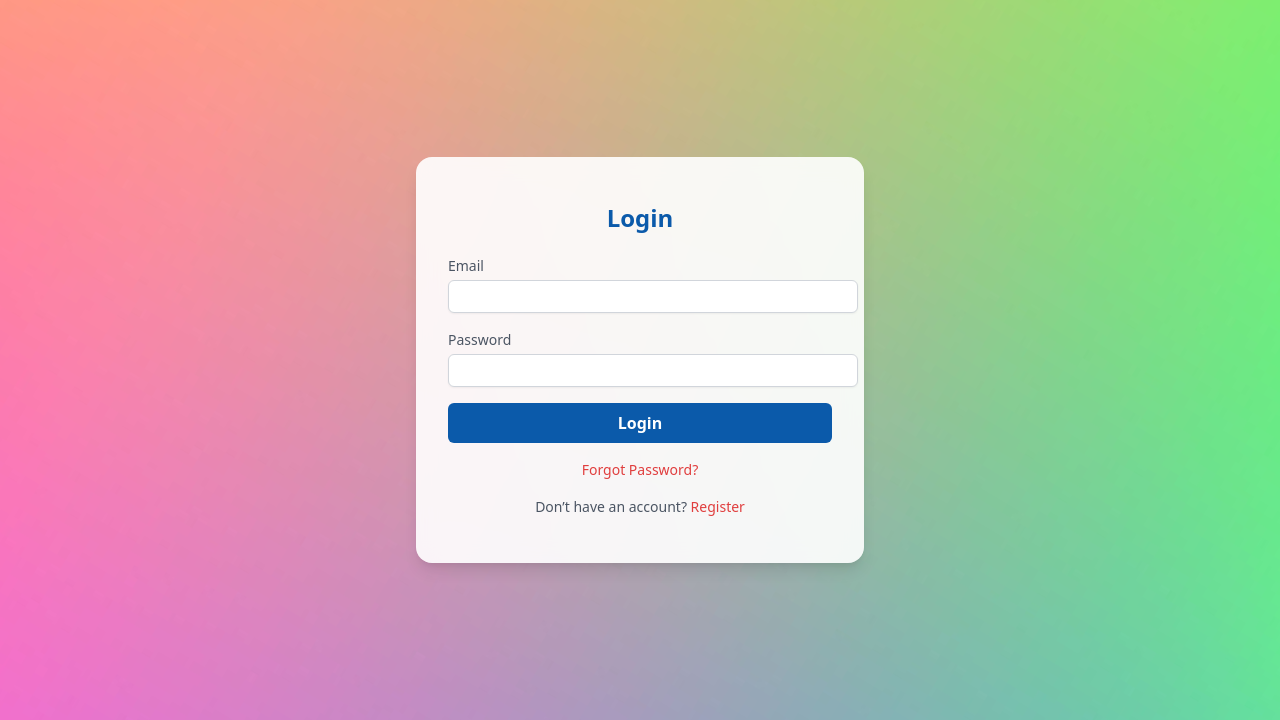
Repository: LoneHeroOne/SmartRecruit
Page: / (app in frontend/)
The author's editor kept a copy of each file at every save. The page is drawn from the files as they stood at one save, then again after the next save.
The browser window is 1280 px wide. The pictures show the whole page.
The project was rebuilt for these pictures with package versions that can differ from the ones it lists, and the page was loaded fresh each time. Also part of the build but not shown: frontend/vite.config.ts, frontend/src/Pages/Register.tsx, frontend/src/Pages/ForgotPassword.tsx.

Above is the page before, as saved 2025-09-30 19:22:45.

After the next save:
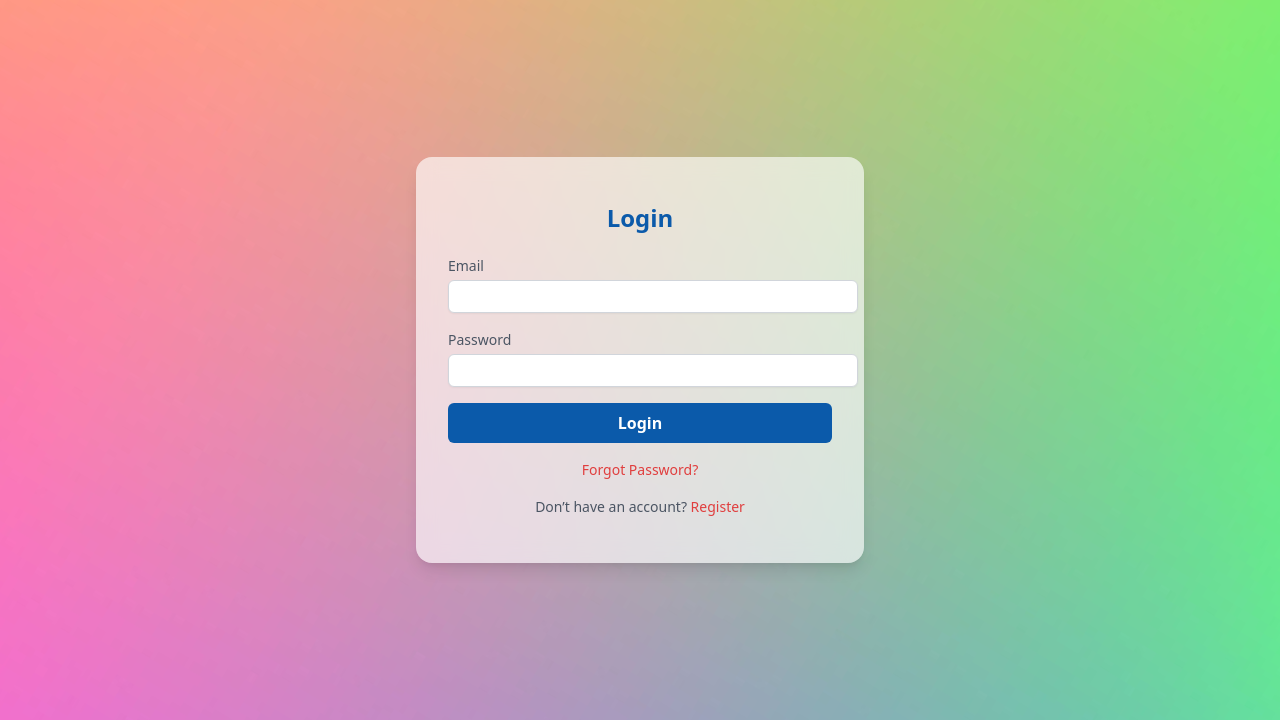
Saved 25 s later.
--- a/frontend/src/Pages/Login.css
+++ b/frontend/src/Pages/Login.css
@@ -9,7 +9,7 @@
 }
 
 .login-card {
-  background-color: rgba(255, 255, 255, 0.9);
+  background-color: rgba(255, 255, 255, 0.641);
   backdrop-filter: blur(10px);
   padding: 2rem;
   border-radius: 1rem;
